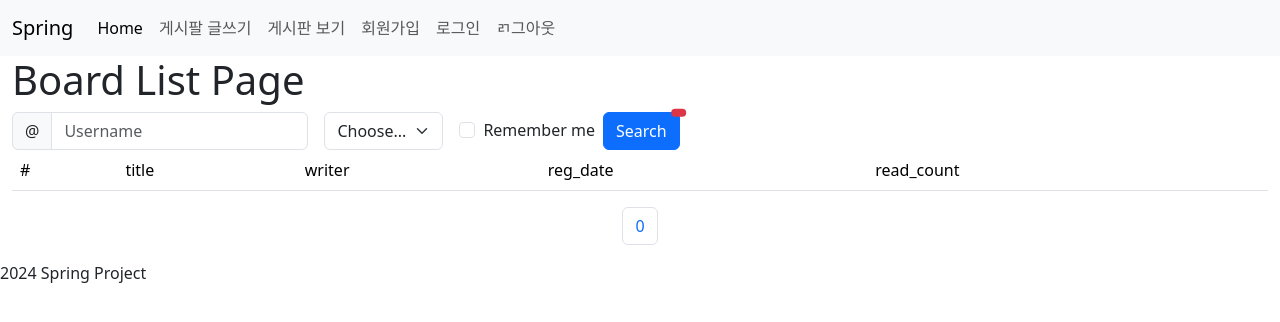
Repository: tkwkduddnd/SpringTest240430
Page: http://localhost/spring_study/WEB-INF/views/board/list.jsp
The author's editor kept a copy of each file at every save. The page is drawn from the files as they stood at one save, then again after the next save.
The browser window is 1280 px wide. The pictures show the whole page.
The page is served by Tomcat 9. Nobody is signed in. The template is opened directly, without the code that normally fills it, so the values that code supplies are empty.

Above is the page before, as saved 2024-04-25 02:40:52.

### spring_study/src/main/webapp/WEB-INF/views/board/list.jsp
<%@ page language="java" contentType="text/html; charset=UTF-8"
    pageEncoding="UTF-8"%>
    <%@ taglib uri="http://java.sun.com/jsp/jstl/core" prefix="c" %>

<jsp:include page="../layout/header.jsp" />
<div class="container-fluid">
	<h1>Board List Page</h1>
	<!-- 검색라인 -->
	<form class="row row-cols-lg-auto g-3 align-items-center">
  <div class="col-12">
    <label class="visually-hidden" for="inlineFormInputGroupUsername">Username</label>
    <div class="input-group">
      <div class="input-group-text">@</div>
      <input type="text" class="form-control" id="inlineFormInputGroupUsername" placeholder="Username">
    </div>
  </div>
	<form action="/board/list" method="get" class="row g-3">
  <div class="col-12">
    <label class="visually-hidden" for="inlineFormSelectPref">Preference</label>
    <select class="form-select" id="inlineFormSelectPref">
      <option selected>Choose...</option>
      <option value="1">One</option>
      <option value="2">Two</option>
      <option value="3">Three</option>
    </select>
  </div>

  <div class="col-12">
    <div class="form-check">
      <input class="form-check-input" type="checkbox" id="inlineFormCheck">
      <input type="hidden" name="pageNo" value="1">
      <input type="hidden" name="qty" value="10">
      <label class="form-check-label" for="inlineFormCheck">
        Remember me
      </label>
    </div>
  </div>

  <button type="button" class="btn btn-primary position-relative">
  Search
  <span class="position-absolute top-0 start-100 translate-middle badge rounded-pill bg-danger">
    ${ph.totalCount}
    <span class="visually-hidden">unread messages</span>
  </span>
</button>
</form>
		<div>
		<table class="table">
	<thead>
		<tr>
		<td>#</td>
		<td>title</td>
		<td>writer</td>
		<td>reg_date</td>
		<td>read_count</td>
		</tr>
	</thead>
	<tbody>
		<c:forEach items="${list }" var="bvo">
		<tr>
			<td>${bvo.bno }</td>
			<td><a href="/board/detail?bno=${bvo.bno}">${bvo.title }</td>
			<td>${bvo.writer }</td>
			<td>${bvo.reg_date }</td>
			<td>${bvo.read_count }</td>
		</tr>
		</c:forEach>
	</tbody>
	</table>
	</div>
	<!-- 페이지네이션 라인 -->
	<nav aria-label="Page navigation example">
  <ul class="pagination justify-content-center">
  <c:if test="${ph.prev}">
    <li class="page-item">
    <a class="page-link" href="/board/list?pageNo=${ph.startPage-1 } &qty=${ph.pgvo.qty}" aria-laber="Previous">
    <span aria-hidden="true">← </span>
    </a>
    </li>
    </c:if>

    <c:forEach begin="${ph.startPage }" end="${ph.endPage }" var="i">
    <li class="page-item"><a class="page-link" href="/board/list?pageNo=${i} &qty=${ph.pgvo.qty}">${i }</a></li>
    </c:forEach>

    <c:if test="${ph.next}">
    <li class="page-item">
    <a class="page-link" href="/board/list?pageNo=${ph.endPage+1 } &qty=${ph.pgvo.qty}" aria-laber="Next">
    <span aria-hidden="true">→</span>
    </a>
    </li>
    </c:if>
  </ul>
</nav>

	</div>
<jsp:include page="../layout/footer.jsp" />

### spring_study/src/main/webapp/WEB-INF/views/layout/header.jsp
<%@ page language="java" contentType="text/html; charset=UTF-8"
    pageEncoding="UTF-8"%>
<!DOCTYPE html>
<html>
<head>
<meta charset="UTF-8">
<title>header.jsp</title>
<link href="https://cdn.jsdelivr.net/npm/bootstrap@5.3.3/dist/css/bootstrap.min.css" rel="stylesheet" integrity="sha384-QWTKZyjpPEjISv5WaRU9OFeRpok6YctnYmDr5pNlyT2bRjXh0JMhjY6hW+ALEwIH" crossorigin="anonymous">
<script src="https://cdn.jsdelivr.net/npm/bootstrap@5.3.3/dist/js/bootstrap.bundle.min.js" integrity="sha384-YvpcrYf0tY3lHB60NNkmXc5s9fDVZLESaAA55NDzOxhy9GkcIdslK1eN7N6jIeHz" crossorigin="anonymous"></script>
</head>
<body>
<nav class="navbar navbar-expand-lg bg-body-tertiary">
  <div class="container-fluid">
    <a class="navbar-brand" href="#">Spring</a>
    <button class="navbar-toggler" type="button" data-bs-toggle="collapse" data-bs-target="#navbarSupportedContent" aria-controls="navbarSupportedContent" aria-expanded="false" aria-label="Toggle navigation">
      <span class="navbar-toggler-icon"></span>
    </button>
    <div class="collapse navbar-collapse" id="navbarSupportedContent">
      <ul class="navbar-nav me-auto mb-2 mb-lg-0">
        <li class="nav-item">
          <a class="nav-link active" aria-current="page" href="/">Home</a>
        </li>
        <li class="nav-item">
          <a class="nav-link" href="/board/register">게시팔 글쓰기</a>
        </li>
        <li class="nav-item">
          <a class="nav-link" href="/board/list">게시판 보기</a>
        </li>
        <li class="nav-item">
          <a class="nav-link" href="#">회원가입</a>
        </li>
        <li class="nav-item">
          <a class="nav-link" href="#">로그인</a>
        </li>
        <li class="nav-item">
          <a class="nav-link" href="#">ㄺ그아웃</a>
        </li>
        </ul>
    </div>
  </div>
</nav>

### spring_study/src/main/webapp/WEB-INF/views/layout/footer.jsp
<%@ page language="java" contentType="text/html; charset=UTF-8"
    pageEncoding="UTF-8"%>
<div class="mb-3">
	2024 Spring Project
</div>

</body>
</html>

After the next save:
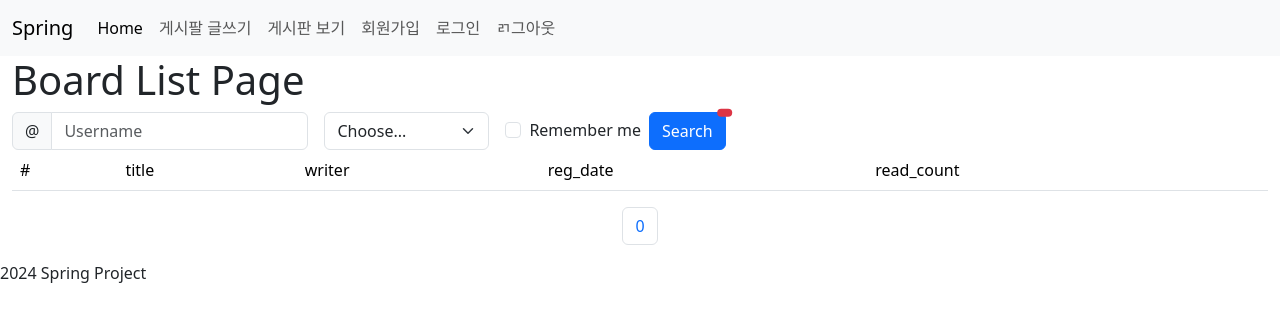
Saved 2 min 40 s later.
--- a/spring_study/src/main/webapp/WEB-INF/views/board/list.jsp
+++ b/spring_study/src/main/webapp/WEB-INF/views/board/list.jsp
@@ -19,9 +19,14 @@
     <label class="visually-hidden" for="inlineFormSelectPref">Preference</label>
     <select class="form-select" id="inlineFormSelectPref">
       <option selected>Choose...</option>
-      <option value="1">One</option>
-      <option value="2">Two</option>
-      <option value="3">Three</option>
+      <option value="t">title</option>
+      <option value="w">writer</option>
+      <option value="c">content</option>
+      <option value="tc">title&content</option>
+      <option value="wc">writer&content</option>
+      <option value="tw">title&writer</option>
+      <option value="twc">All</option>
+
     </select>
   </div>
 
